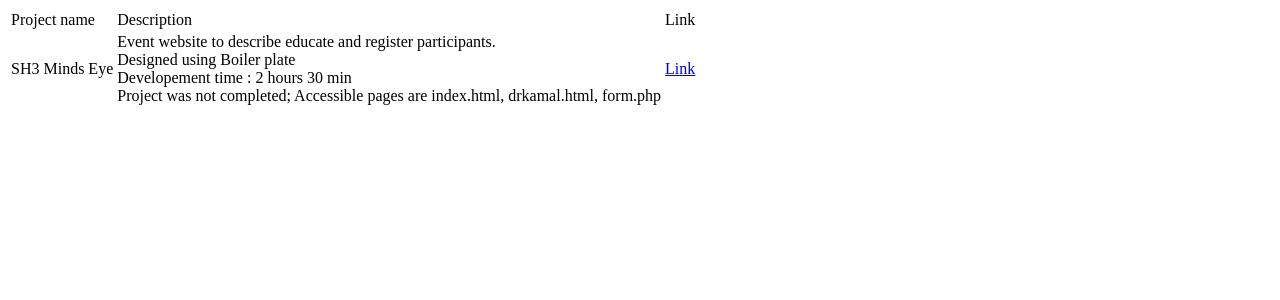
Repository: thatsmekaustubh/html5works
Page: index.html
The author's editor kept a record of every edit. The page is drawn from the files as they stood at one moment, then again after the next edit.
The browser window is 1280 px wide. The pictures show the whole page.

Above is the page before.

After the next edit:
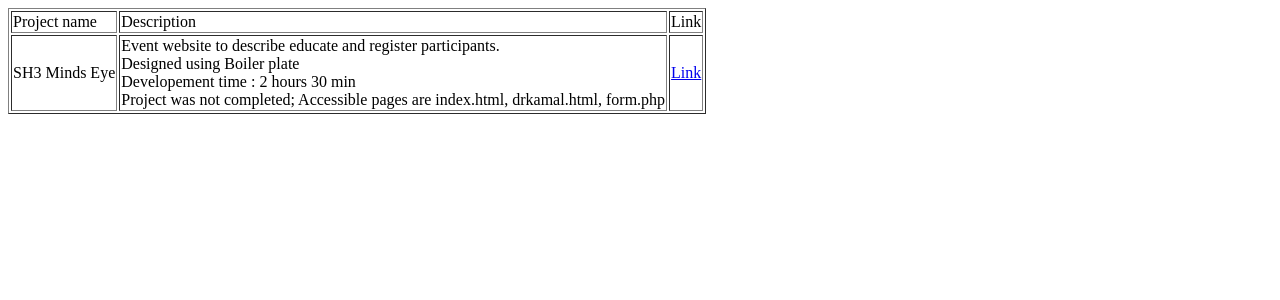
The edit:
--- a/index.html
+++ b/index.html
@@ -11,7 +11,7 @@
 <body>
 
 <div id="mainContent">
-	<table>
+	<table border="1">
 		<tr>
 			<td> Project name</td>
 			<td> Description</td>
